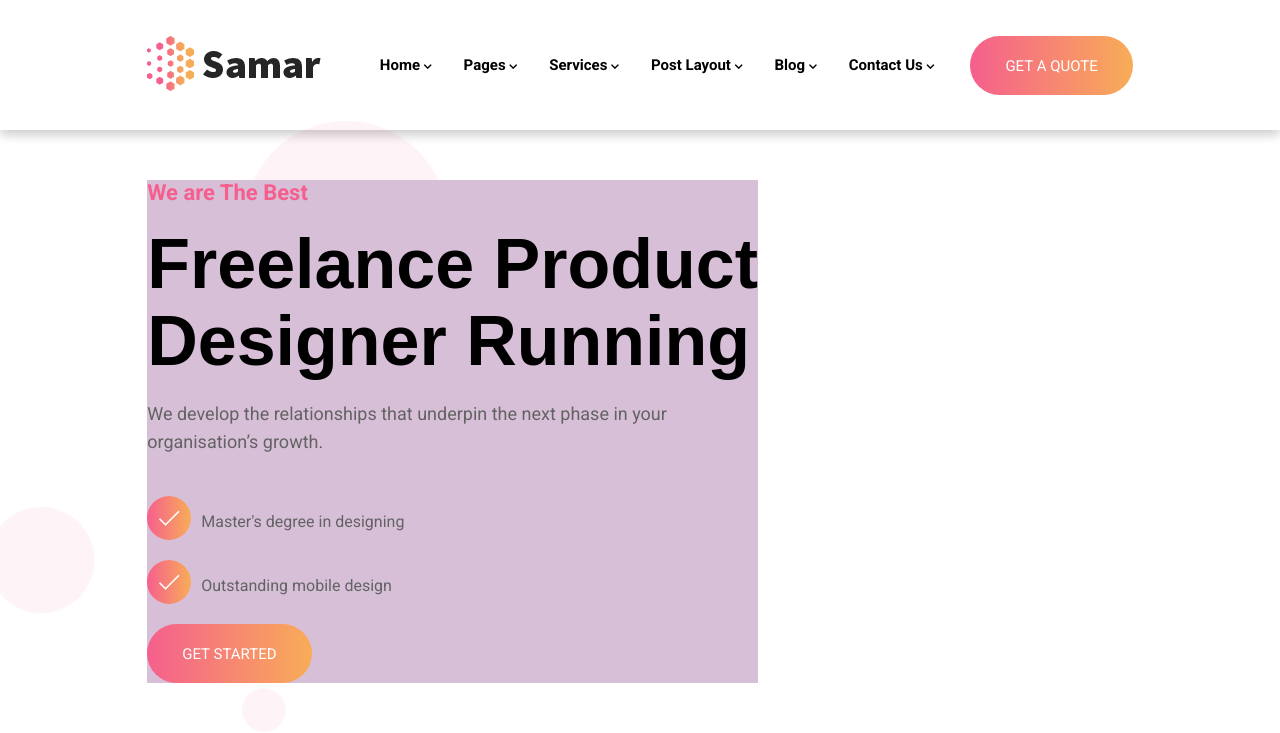
Repository: leequanganh/sammar
Page: html/index.html
The author's editor kept a copy of each file at every save. The page is drawn from the files as they stood at one save, then again after the next save.
The browser window is 1280 px wide. The pictures show the whole page.

Above is the page before, as saved 2021-12-09 15:16:59.

After the next save:
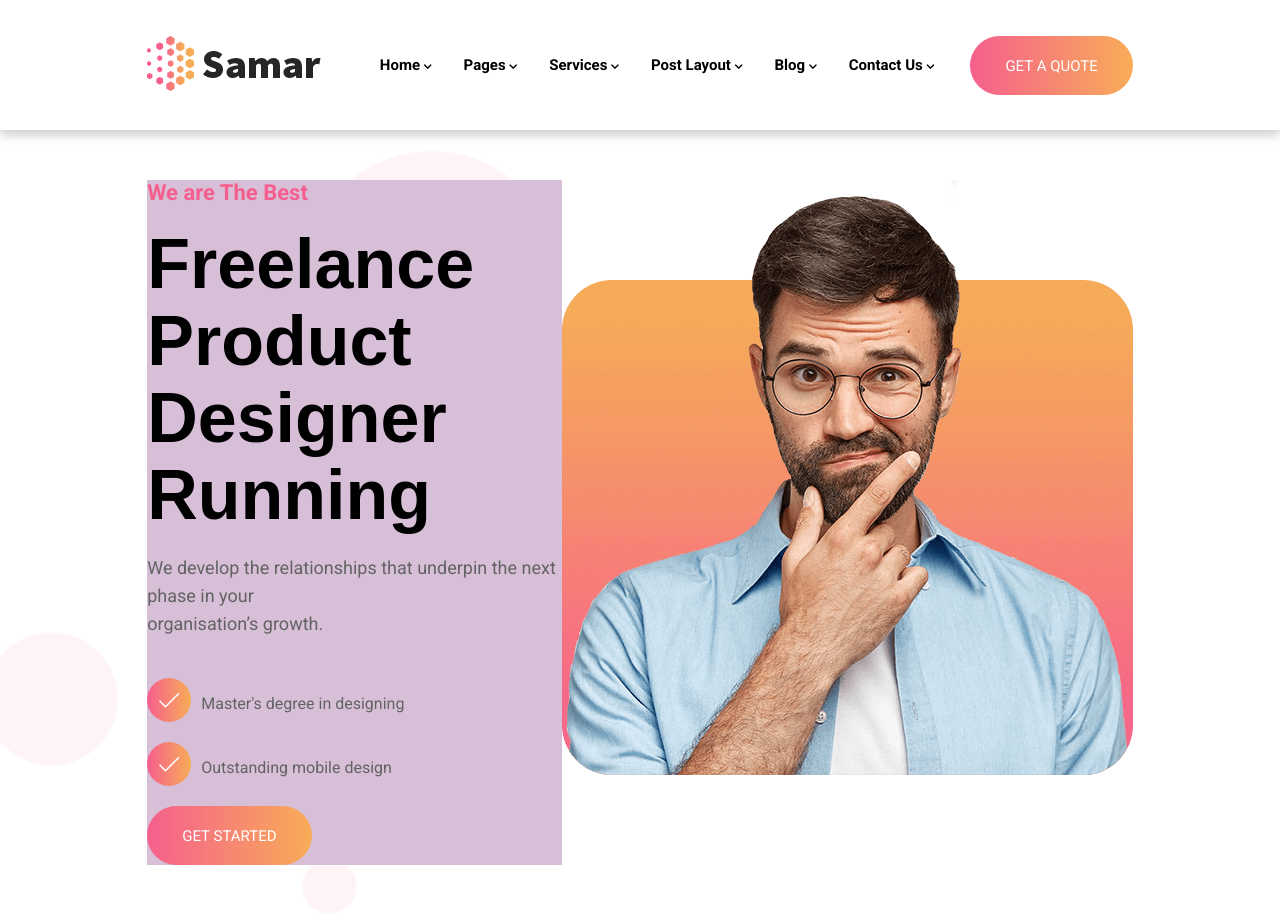
Saved 18 s later.
--- a/html/index.html
+++ b/html/index.html
@@ -64,9 +64,9 @@
                 <div class="btn"><a href="">GET STARTED</a></div>
 
             </div>
-            <!-- <div class="banner_img">
+            <div class="banner_img">
                 <img src="../img/pic3_1.png" alt="">
-            </div> -->
+            </div>
         </div>
     </div>
 <!-- banner end  -->
